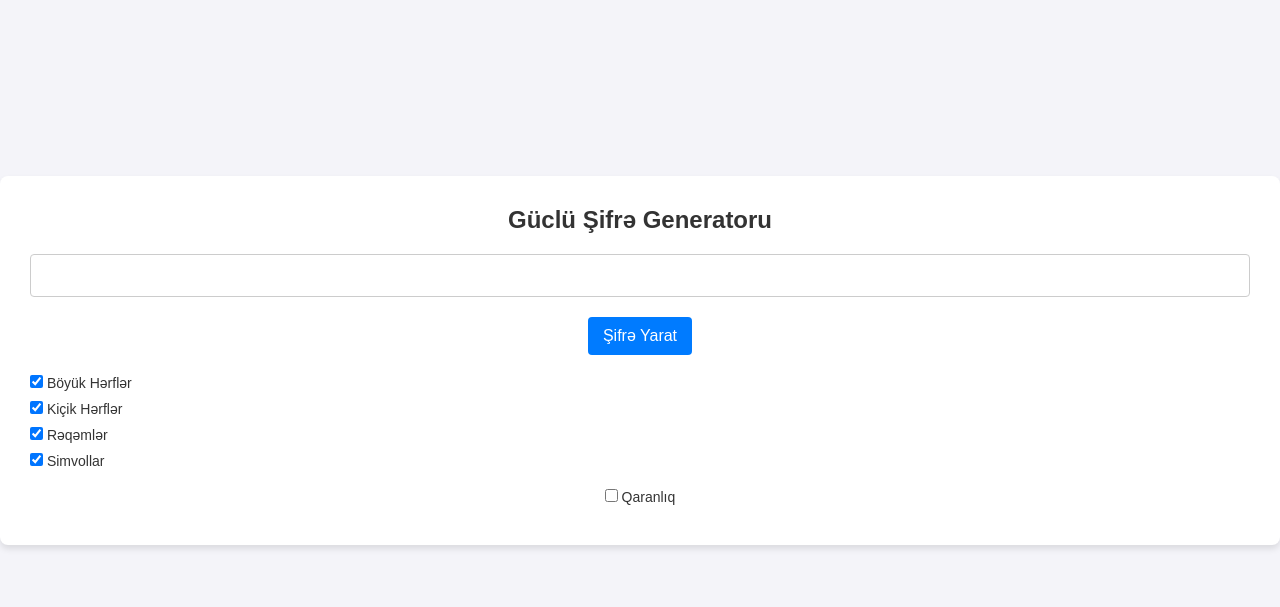
Repository: ferhadsultan98/pass-generator
Page: pass.html
These files come from the project's save history. The page is drawn as it stood at one moment and after a run of saves; the edit follows.
The browser window is 1280 px wide. The pictures show the whole page.

Above is the page before, as saved 2025-03-04 12:01:52.

After the next 2 saves:
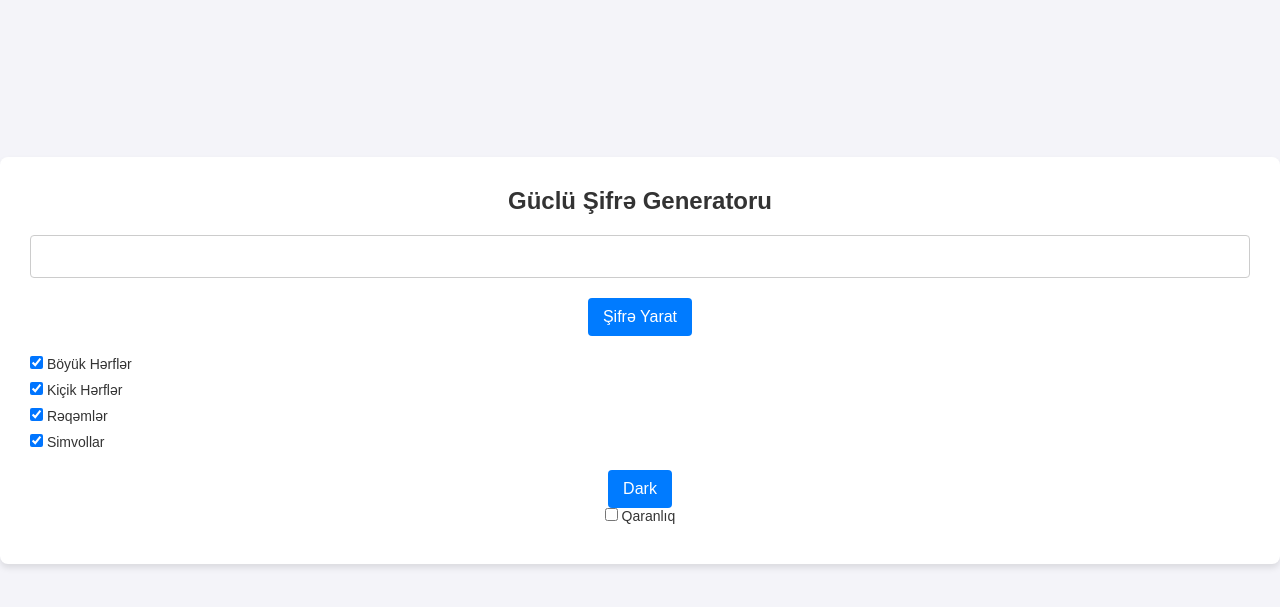
The 2 saves are shown as one change because they came seconds apart.
The last was saved 32 s later.
--- a/pass.html
+++ b/pass.html
@@ -131,6 +131,7 @@ body.dark-mode .theme-switch label {
     </div>
 
     <div class="theme-switch">
+        <button>Dark</button>
       <label>
         <input type="checkbox" id="themeToggle" onchange="toggleTheme()">
         Qaranlıq
